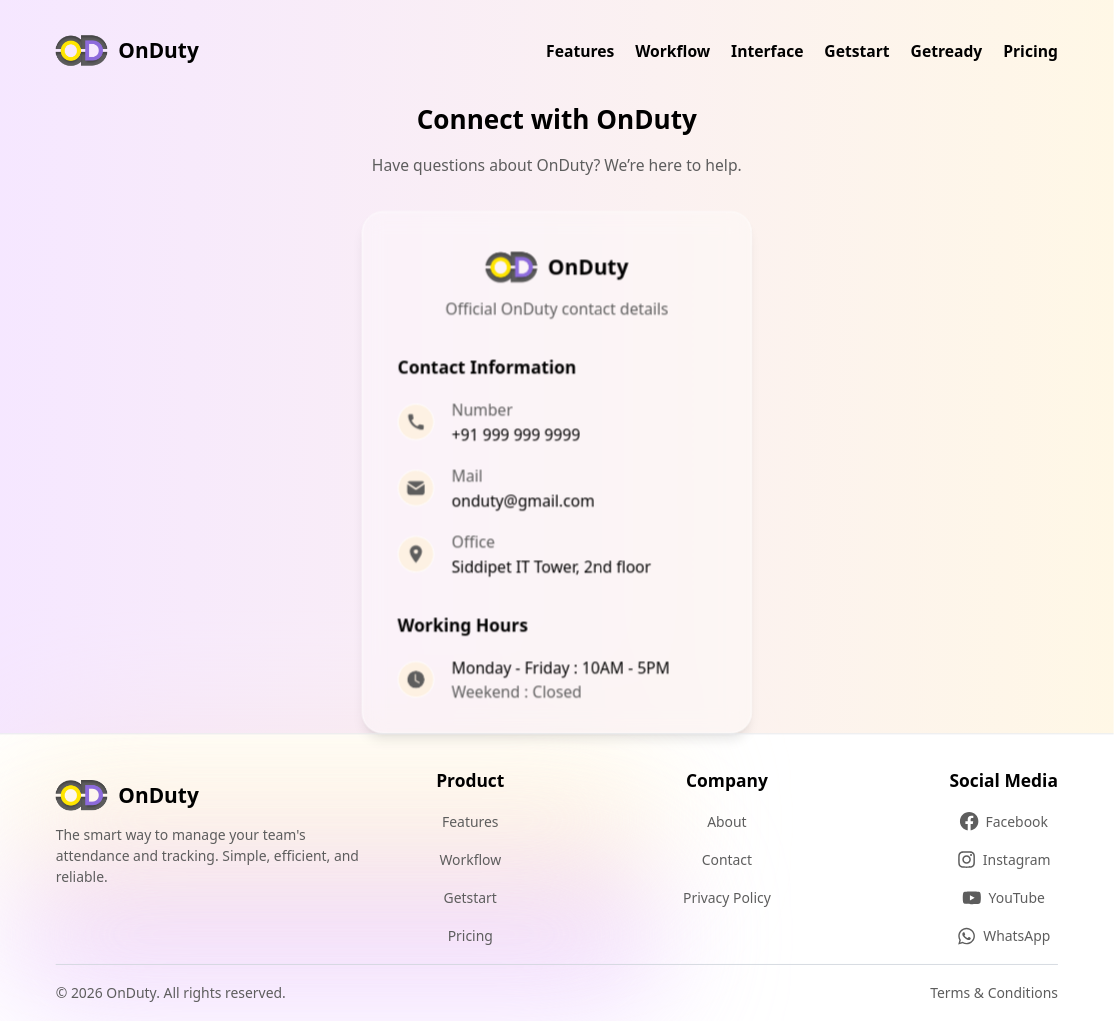
Repository: shekharzorin/ONDUTY-V1
Page: /contact
An editor plug-in stored every save of this project. The page is shown before and after the next save, followed by the edit.
The browser window is 1280 px wide. The pictures show the whole page, at 87% of full size.
The project was rebuilt for these pictures with package versions that can differ from the ones it lists, and the page was loaded fresh each time. The framework's server and built-in components were replaced by stand-ins that run in the browser. Also part of the build but not shown: next.config.mjs, vite.config.js, app/components/ui/Crossicon.tsx.

Above is the page before, as saved 2026-01-17 16:41:38.

After the next save:
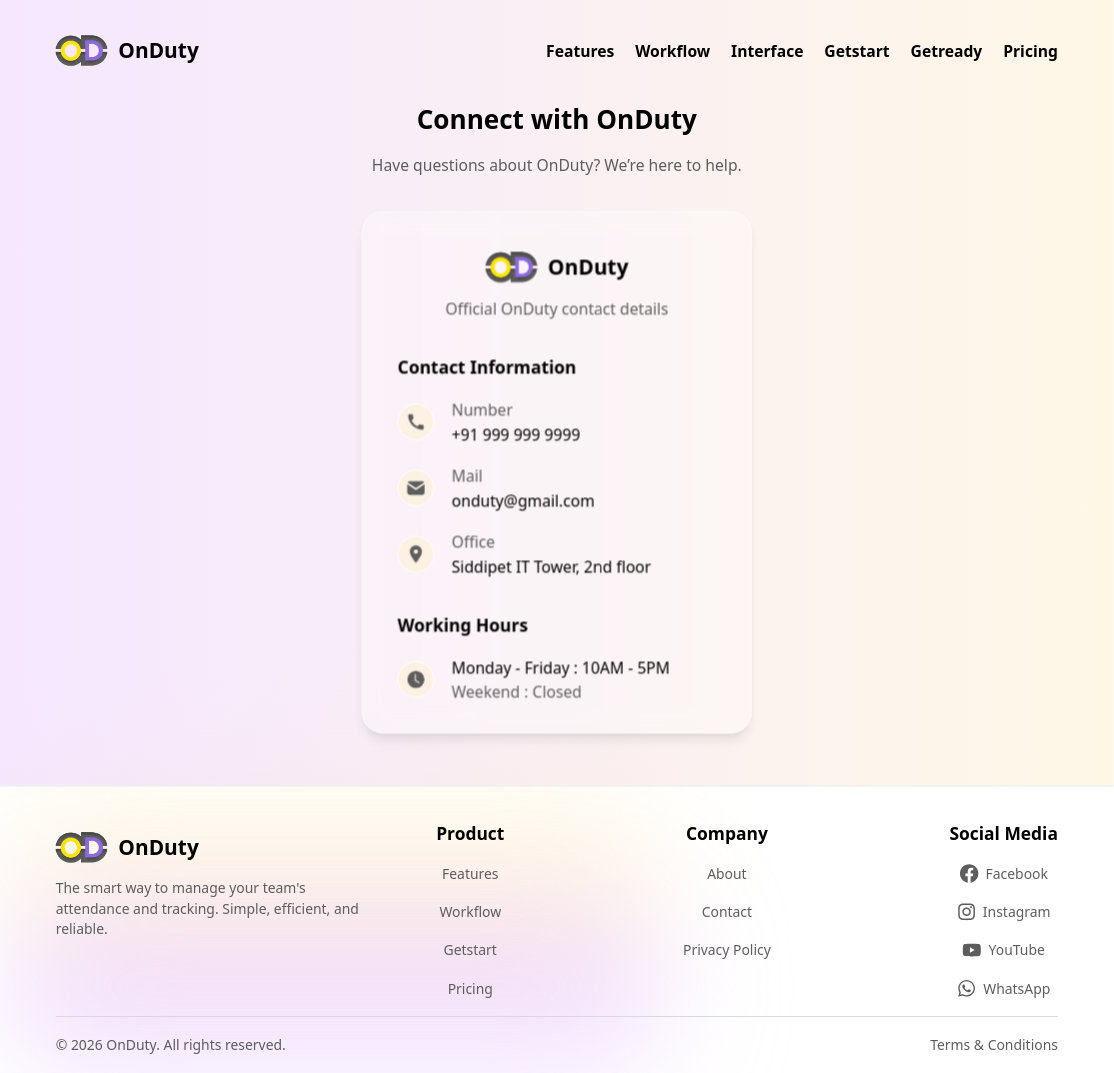
Saved 49 s later.
--- a/app/components/sections/contact.tsx
+++ b/app/components/sections/contact.tsx
@@ -23,7 +23,7 @@ const Contact = () => {
 
   return (
     <section className="px-4 sm:px-6 md:px-8 lg:px-12 xl:px-16 2xl:px-24 max-w-384 mx-auto w-full bg-linear-to-r from-[#eccfff]/50 to-[#fff0cd]/50">
-      <div className="flex flex-col items-center justify-center mt-30 gap-10 ">
+      <div className="flex flex-col items-center justify-center gap-10 mt-30 mb-15">
         <div className="flex flex-col items-center justify-centertext-center gap-5">
           <p className="text-2xl lg:text-3xl font-bold leading-[1.15] lg:text-balance justify-center items-center">
             Connect with OnDuty
